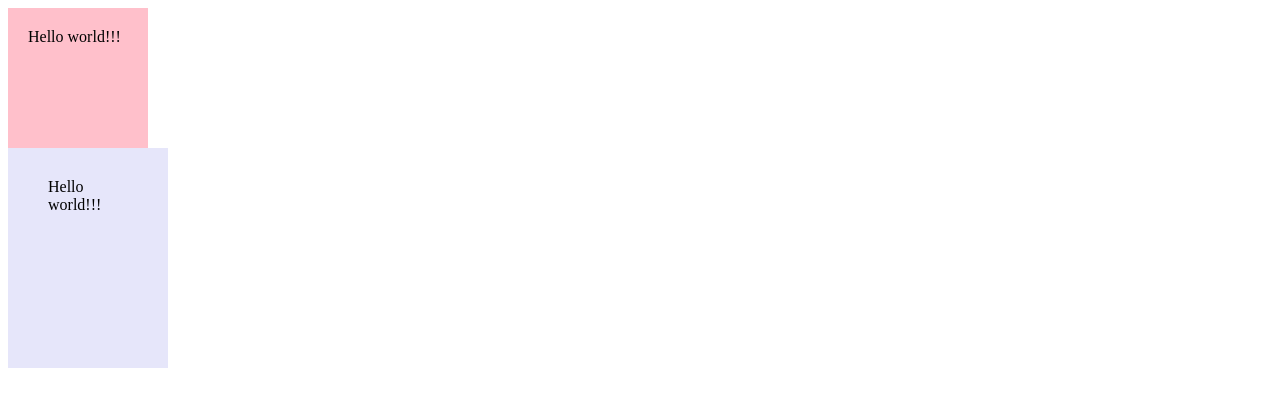
Repository: sangah-park98/jsp-class
Page: k20230508_1_css/src/main/webapp/15_박스모델5.html
These files come from the project's save history. The page is drawn as it stood at one moment and after the next save; the edit follows.
The browser window is 1280 px wide. The pictures show the whole page.

Above is the page before, as saved 2023-05-09 01:08:15.

After the next save:
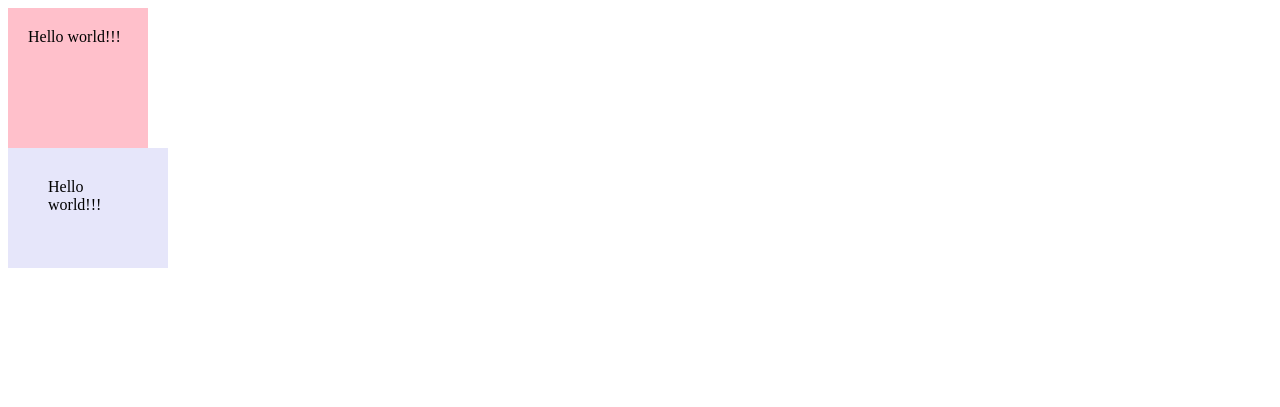
Saved 24 s later.
--- a/k20230508_1_css/src/main/webapp/15_박스모델5.html
+++ b/k20230508_1_css/src/main/webapp/15_박스모델5.html
@@ -33,7 +33,7 @@
 		/* padding 포함 140px * 140px => 수동 크기 계산 */
 		.box2 {
 			width: 80px;
-			height: 160px;
+			height: 60px;
 			background-color: lavender;
 			padding: 30px 40px;
 		}
